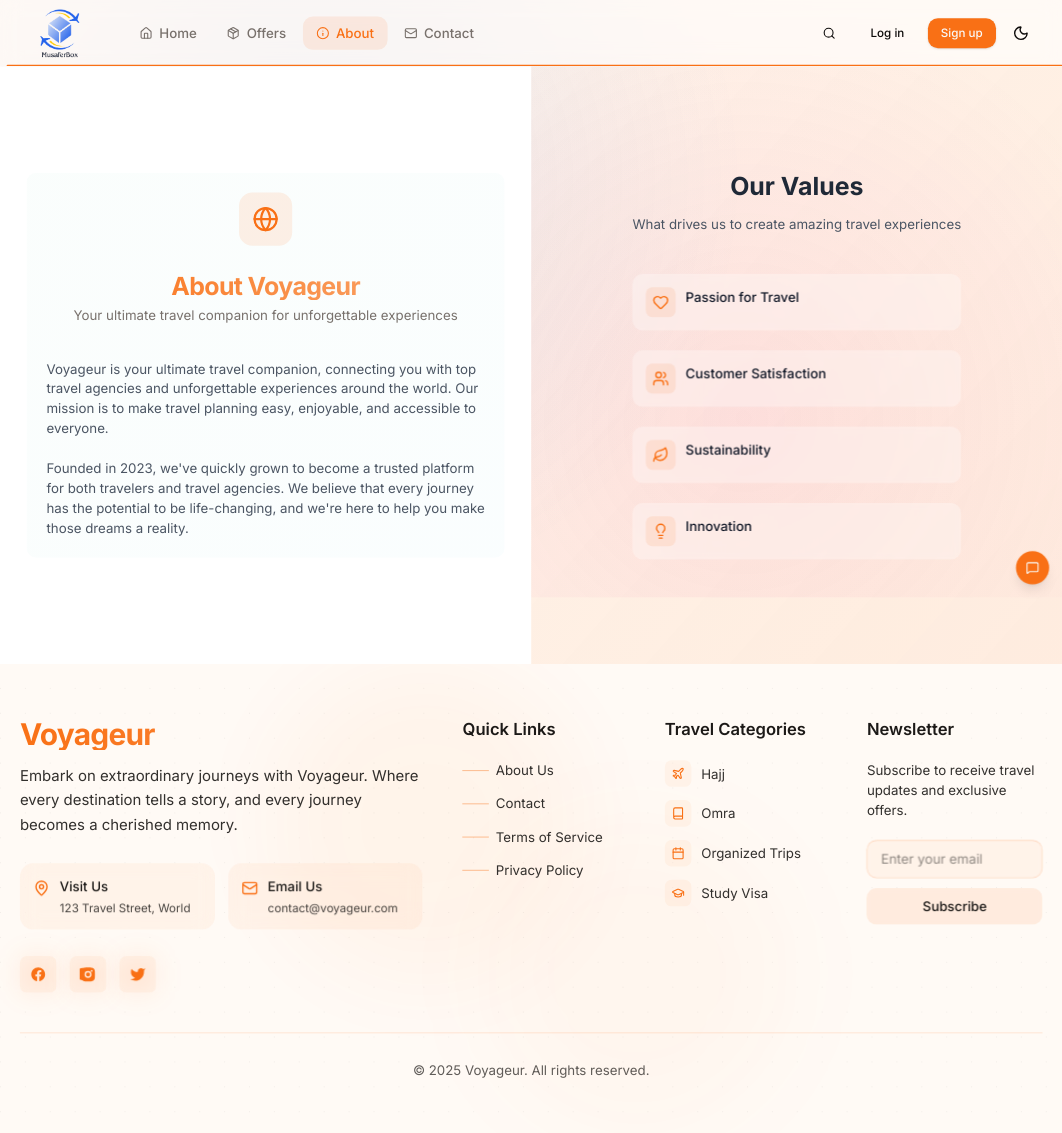
Repository: SYK3S999/musafir-box-platform
Page: /about
An editor plug-in stored every save of this project. The page is shown before and after the next save, followed by the edit.
The browser window is 1280 px wide. The pictures show the whole page, at 83% of full size.
The project was rebuilt for these pictures with package versions that can differ from the ones it lists, and the page was loaded fresh each time. The framework's server and built-in components were replaced by stand-ins that run in the browser. Also part of the build but not shown: next.config.mjs, components/ui/input.tsx, components/ui/avatar.tsx, components/ui/dropdown-menu.tsx.

Above is the page before, as saved 2025-02-13 03:06:37.

After the next save:
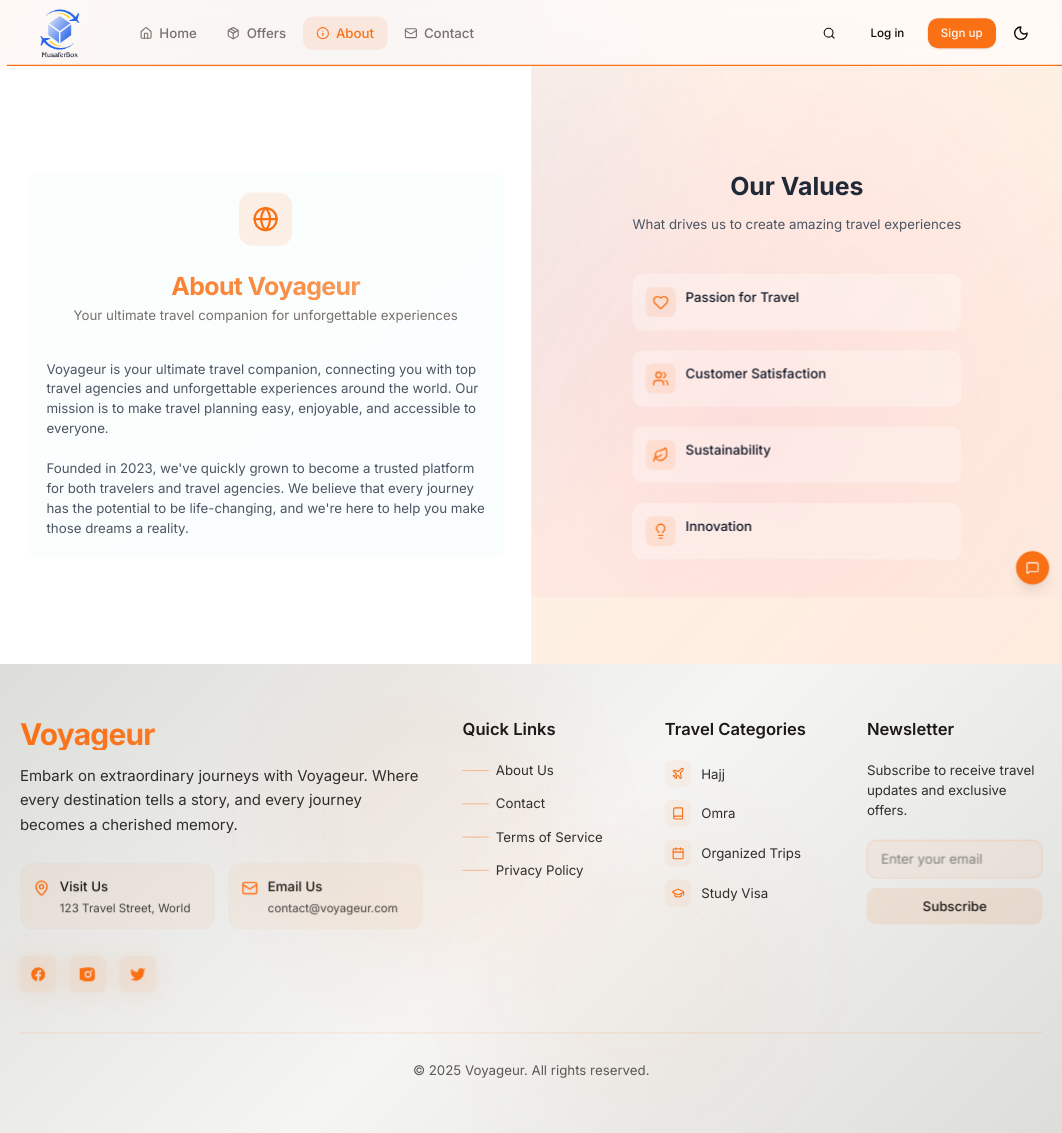
Saved 25 s later.
--- a/app/globals.css
+++ b/app/globals.css
@@ -39,10 +39,10 @@
     --background: 20 14.3% 4.1%;
     --foreground: 60 9.1% 97.8%;
 
-    --card: 20 14.3% 4.1%;
+    --card: 24 9.8% 10%;
     --card-foreground: 60 9.1% 97.8%;
 
-    --popover: 20 14.3% 4.1%;
+    --popover: 24 9.8% 10%;
     --popover-foreground: 60 9.1% 97.8%;
 
     --primary: 24 95% 53%;
@@ -82,3 +82,16 @@
 .dark .bg-primary-gradient {
   @apply bg-gradient-to-br from-primary/20 via-primary/30 to-primary/20;
 }
+
+.footer-gradient {
+  background: linear-gradient(135deg, hsl(60, 4.8%, 85.9%) 0%, hsl(60, 4.8%, 95.9%) 50%, hsl(60, 4.8%, 85.9%) 100%);
+}
+
+.dark .footer-gradient {
+  background: linear-gradient(135deg, hsl(12, 6.5%, 10.1%) 0%, hsl(12, 6.5%, 15.1%) 50%, hsl(12, 6.5%, 10.1%) 100%);
+}
+
+/* Add smooth transition for theme changes */
+* {
+  transition: background-color 0.3s ease, color 0.3s ease, border-color 0.3s ease;
+}
